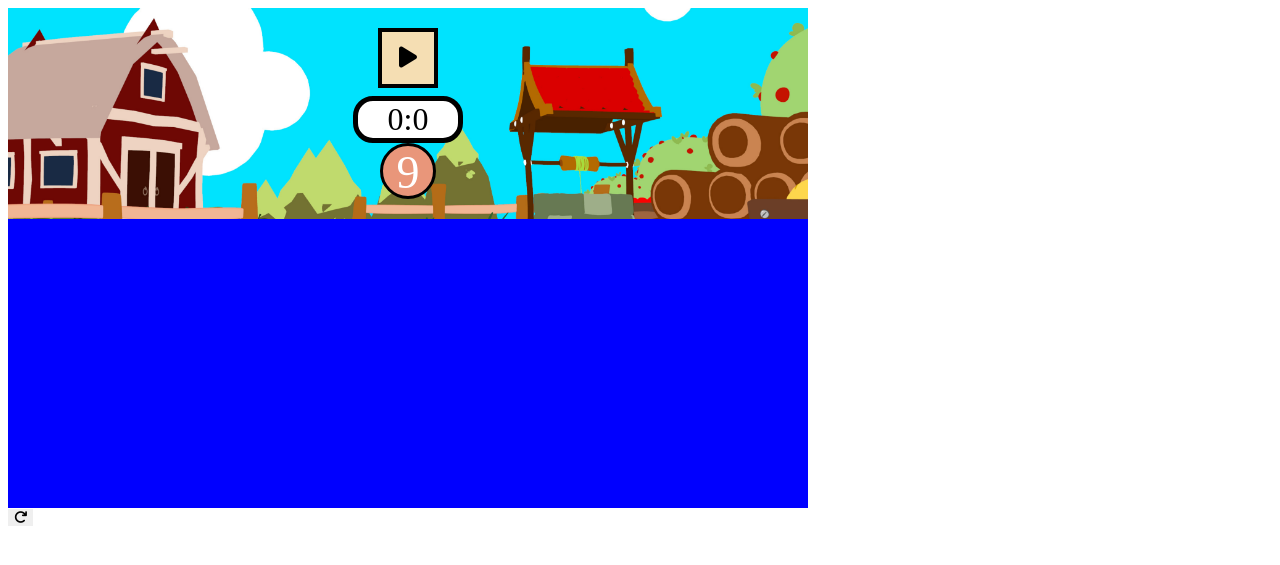
Repository: rumor1993/DreamCoding-Browser101
Page: Chapter07/ellie/index.html
An editor plug-in stored every save of this project. The page is shown before and after the next save, followed by the edit.
The browser window is 1280 px wide. The pictures show the whole page.
Some web libraries are served in a nearby version.

Above is the page before, as saved 2021-01-03 18:42:57.

After the next save:
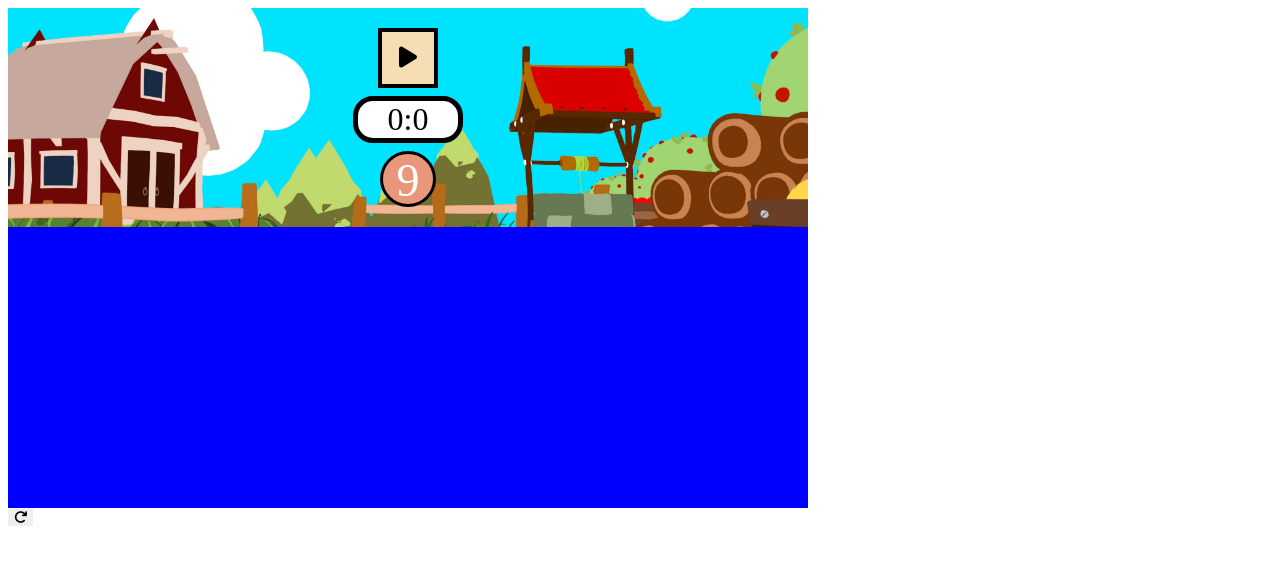
Saved 7 s later.
--- a/Chapter07/ellie/index.css
+++ b/Chapter07/ellie/index.css
@@ -47,7 +47,7 @@ button {
   width: 50px;
   height: 50px;
   font-size: 46px;
-  margin-top: 8pxp;
+  margin-top: 8px;
   border: 3px solid black;
   border-radius: 50%;
   background-color: darksalmon;
